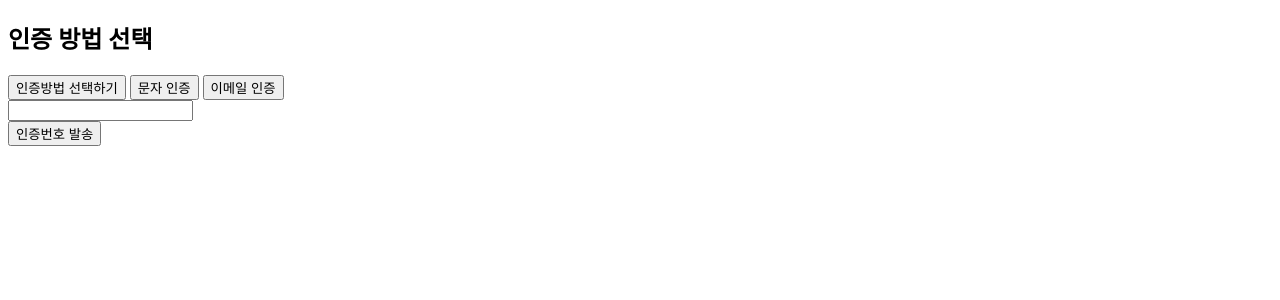
Repository: 0hmuse/day0330-2
Page: day0330-1/src/main/resources/static/test2.html
These files come from the project's save history. The page is drawn as it stood at one moment and after the next save; the edit follows.
The browser window is 1280 px wide. The pictures show the whole page.
After loading, the first visible `#sel` was clicked once.

Above is the page before, as saved 2020-03-30 08:23:44.

After the next save:
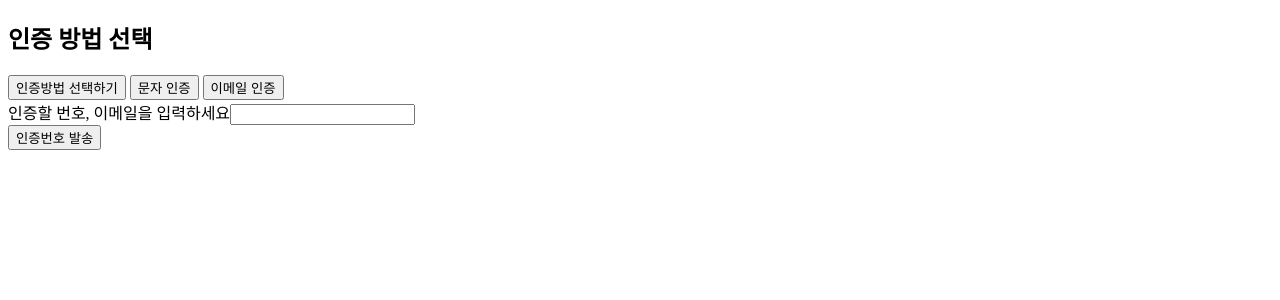
Saved 6 s later.
--- a/day0330-1/src/main/resources/static/test2.html
+++ b/day0330-1/src/main/resources/static/test2.html
@@ -10,7 +10,7 @@ $(function(){
 	$("#sel").click(function(){
 		var text = $("<span>인증할 번호, 이메일을 입력하세요</span>")
 		var input = $("<input type='text' id='in' name='in'>");
-		$("#f").append(input);
+		$("#f").append(text,input);
 
 
 		$("#sms").click(function(){
